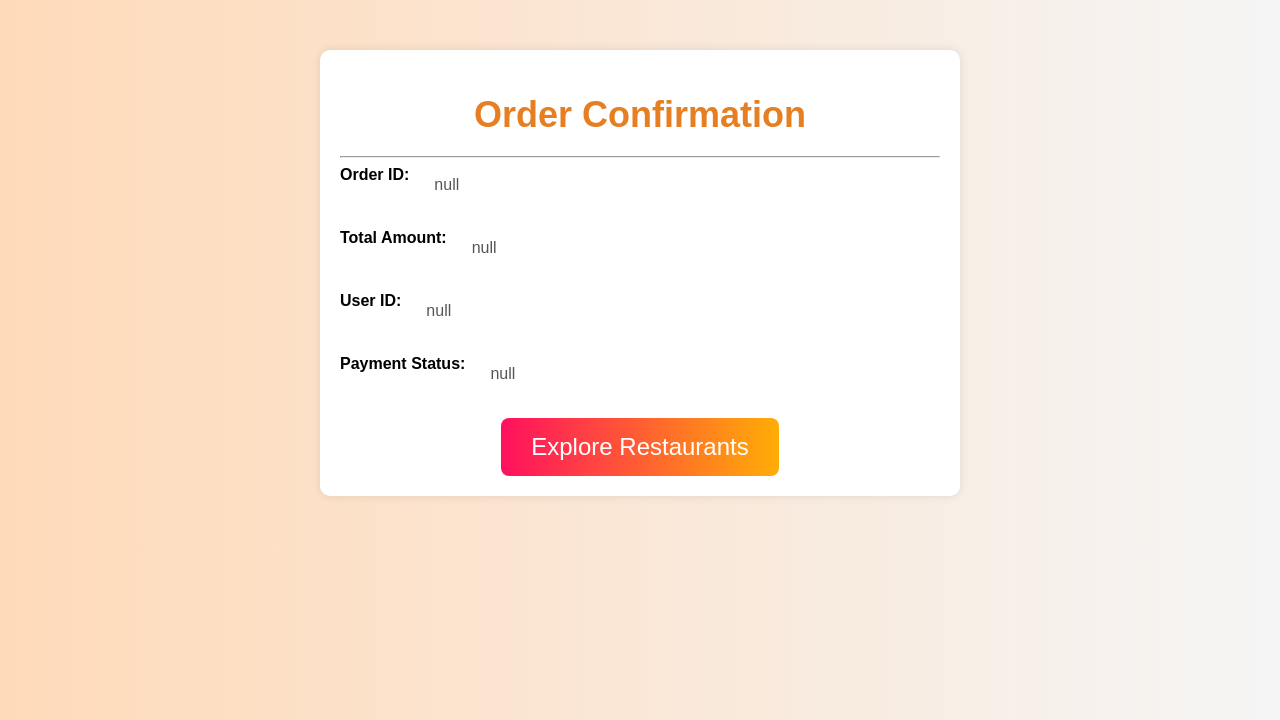
Repository: SWATHIBHUMA/FoodDelivaryApp
Page: http://localhost/FoodDelivaryApp/orderConfirmation.jsp
The author's editor kept a copy of each file at every save. The page is drawn from the files as they stood at one save, then again after the next save.
The browser window is 1280 px wide. The pictures show the whole page.
The page is served by Tomcat 9. Other server files are loaded and not shown.

Above is the page before, as saved 2024-01-16 07:30:26.

### FoodDelivaryApp/src/main/webapp/orderConfirmation.jsp
<%@ page language="java" contentType="text/html; charset=UTF-8" pageEncoding="UTF-8"%>
<%@ page import="java.util.Objects" %>
<%@ page import="javax.servlet.http.HttpSession" %>

<%
    //HttpSession session = request.getSession();

    // Retrieve details from the session
    Integer orderId = (Integer) session.getAttribute("orderId");
    Integer totalAmount = (Integer) session.getAttribute("totalAmount");
    Integer userId = (Integer) session.getAttribute("userId");
    String paymentStatus = (String) session.getAttribute("paymentStatus");
%>

<!DOCTYPE html>
<html lang="en">
<head>
    <meta charset="UTF-8">
    <meta name="viewport" content="width=device-width, initial-scale=1.0">
    <style>
        body {
            font-family: 'Arial', sans-serif;
            background: linear-gradient(to right, peachpuff, whitesmoke);
            text-align: center;
            margin: 0;
            padding: 0;
        }

        .container {
            max-width: 600px;
            margin: 50px auto;
            background-color: #fff;
            border-radius: 10px;
            box-shadow: 0 0 10px rgba(0, 0, 0, 0.1);
            padding: 20px;
        }

        h1 {
			color: #e67e22;
			/* Dark orange text */
			margin-bottom: 20px;
			font-size: 36px;
			/* Increased font size */
			animation: bounce 1s forwards;
			/* Change infinite to forwards for single time bounce */
		}

		@keyframes bounce {

			0%,
			20%,
			50%,
			80%,
			100% {
				transform: translateY(0);
			}

			40% {
				transform: translateY(-20px);
			}

			60% {
				transform: translateY(-10px);
			}
		}


        p {
            color: #555;
            margin: 10px 0;
        }

        .form-group {
            display: flex;
            flex-direction: row;
            margin-bottom: 25px;
            gap: 25px;
        }

        .form-label {
            font-weight: bold;
            margin-bottom: 5px;
        }

        .form-input {
            padding: 10px;
            font-size: 16px;
            border: 1px solid #ccc;
            border-radius: 5px;
        }

        .form-button {
            background-color: #007bff;
            color: #fff;
            padding: 10px;
            font-size: 16px;
            border: none;
            border-radius: 5px;
            cursor: pointer;
        }

        .container-1{
        	display: inline-block;
        }

        button {
			background: linear-gradient(to right, #ff105f,#ffad06);
			/* Dark orange button color */
			color: #ffffff;
			/* White button text color */
			padding: 15px 30px;
			font-size: 24px;
			/* Increased font size */
			border: none;
			border-radius: 8px;
			cursor: pointer;
			transition: background-color 0.3s ease, transform 0.3s ease;
			outline: none;
			/* Remove default focus outline */
		}

		button:hover {
			background-color: #d35400;
			transform: scale(1.1);
			/* Darker orange on hover */
		}


    </style>
    <title>Order Confirmation</title>
</head>
<body>
    <div class="container">
        <h1>Order Confirmation</h1>
		<hr>
        <div class="form-group">
            <label class="form-label">Order ID:</label>
            <p><%= orderId %></p>
        </div>

        <div class="form-group">
            <label class="form-label">Total Amount:</label>
            <p><%= totalAmount %></p>
        </div>

        <div class="form-group">
            <label class="form-label">User ID:</label>
            <p><%= userId %></p>
        </div>

        <div class="form-group">
            <label class="form-label">Payment Status:</label>
            <p><%= paymentStatus %></p>
        </div>

		<div class="container-1">
        	<button onclick="window.location.href='<%= request.getContextPath() %>/Restaurents'">Explore Restaurants</button>
		</div>
    </div>
</body>
</html>

After the next save:
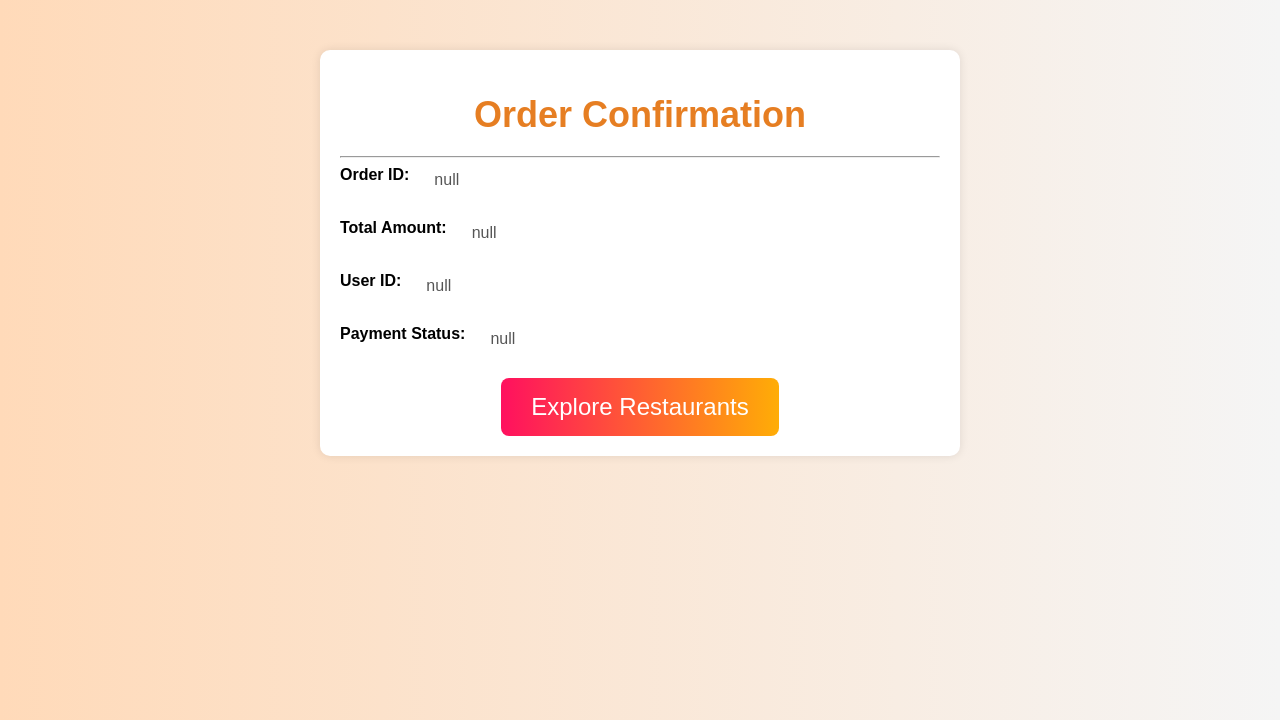
Saved 10 s later.
--- a/FoodDelivaryApp/src/main/webapp/orderConfirmation.jsp
+++ b/FoodDelivaryApp/src/main/webapp/orderConfirmation.jsp
@@ -67,7 +67,7 @@
 
         p {
             color: #555;
-            margin: 10px 0;
+            margin: 5px 0;
         }
 
         .form-group {

After the save that followed:
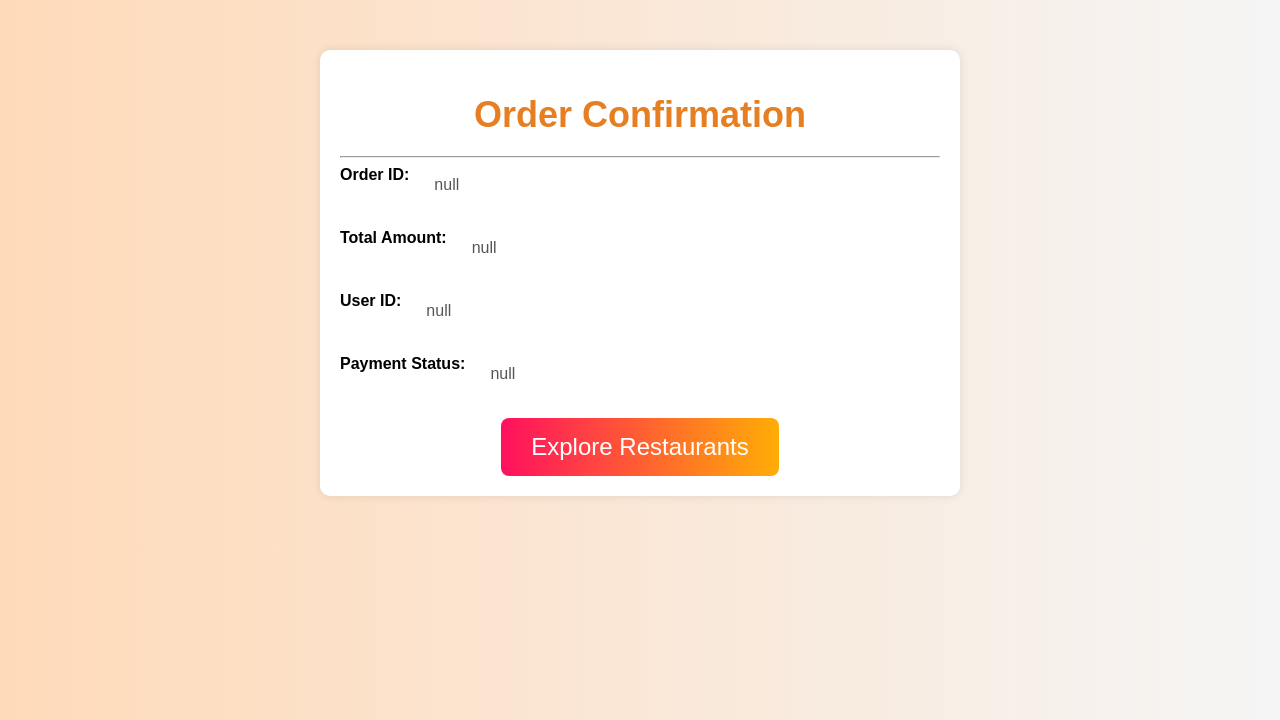
Saved 9 s later.
--- a/FoodDelivaryApp/src/main/webapp/orderConfirmation.jsp
+++ b/FoodDelivaryApp/src/main/webapp/orderConfirmation.jsp
@@ -67,7 +67,7 @@
 
         p {
             color: #555;
-            margin: 5px 0;
+            margin: 10px 0;
         }
 
         .form-group {
